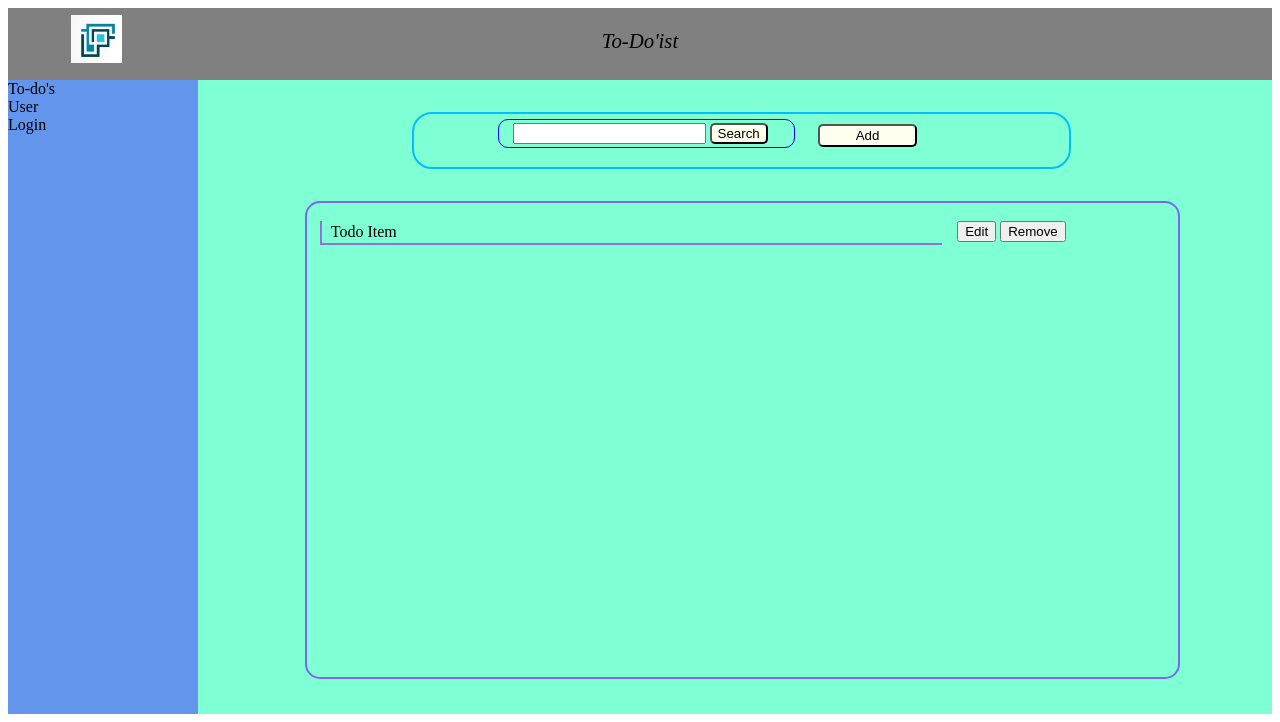
Repository: tavisca-pkadam/Todo-Website
Page: home.html
An editor plug-in stored every save of this project. The page is shown before and after the next save, followed by the edit.
The browser window is 1280 px wide. The pictures show the whole page.

Above is the page before, as saved 2019-08-20 08:06:09.

After the next save:
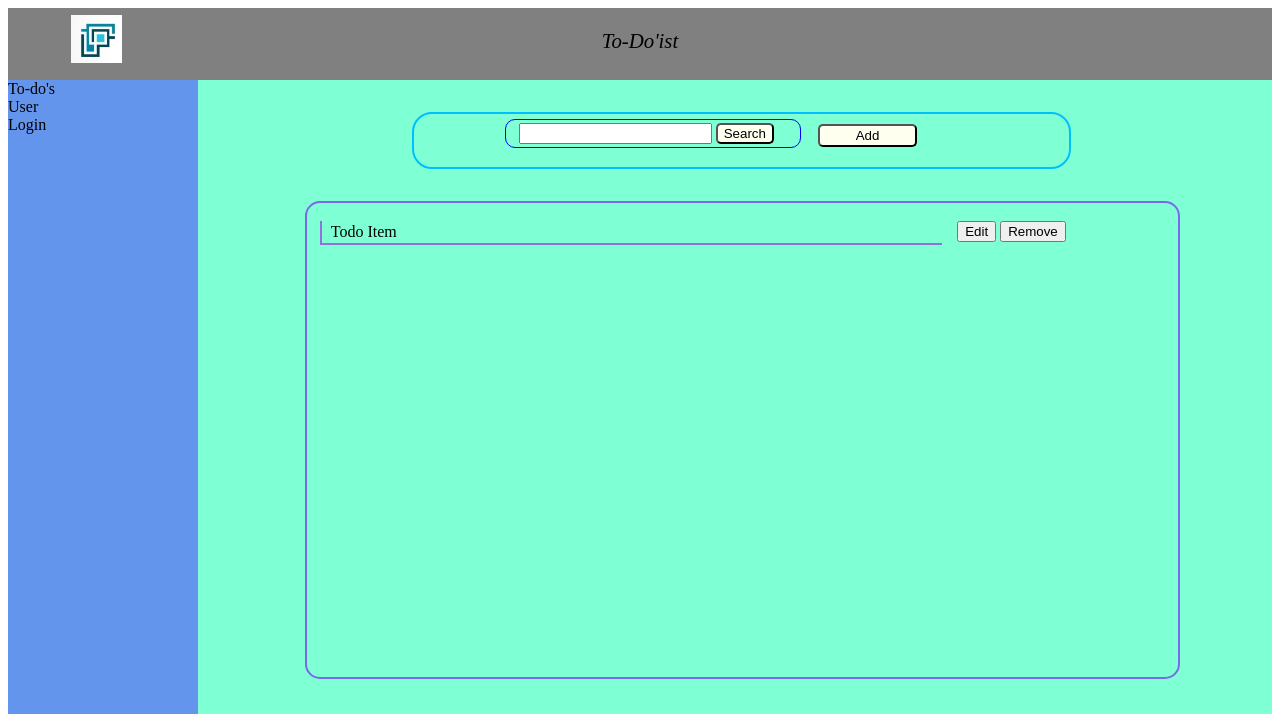
Saved 30 s later.
--- a/main.css
+++ b/main.css
@@ -68,7 +68,6 @@
     padding-right: 4%;
     left: 5vw;
     border-radius: 10px;
-    margin-left: 20px;
     border-width: 1px;
     border-style: solid;
     border-color: blue;
